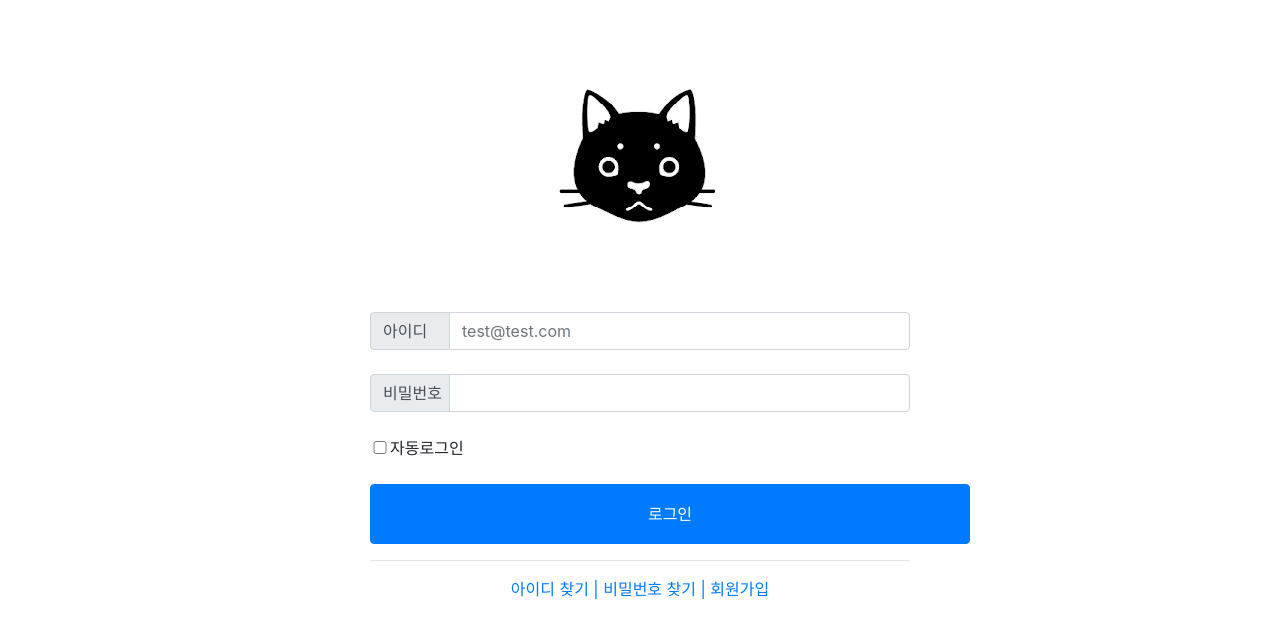
Repository: 0deepsleep/SpringMVCStudy
Page: http://localhost/TestProject/Login.jsp
An editor plug-in stored every save of this project. The page is shown before and after the next save, followed by the edit.
The browser window is 1280 px wide. The pictures show the whole page.
The page is served by Tomcat 9.

Above is the page before, as saved 2019-06-14 09:47:08.

After the next save:
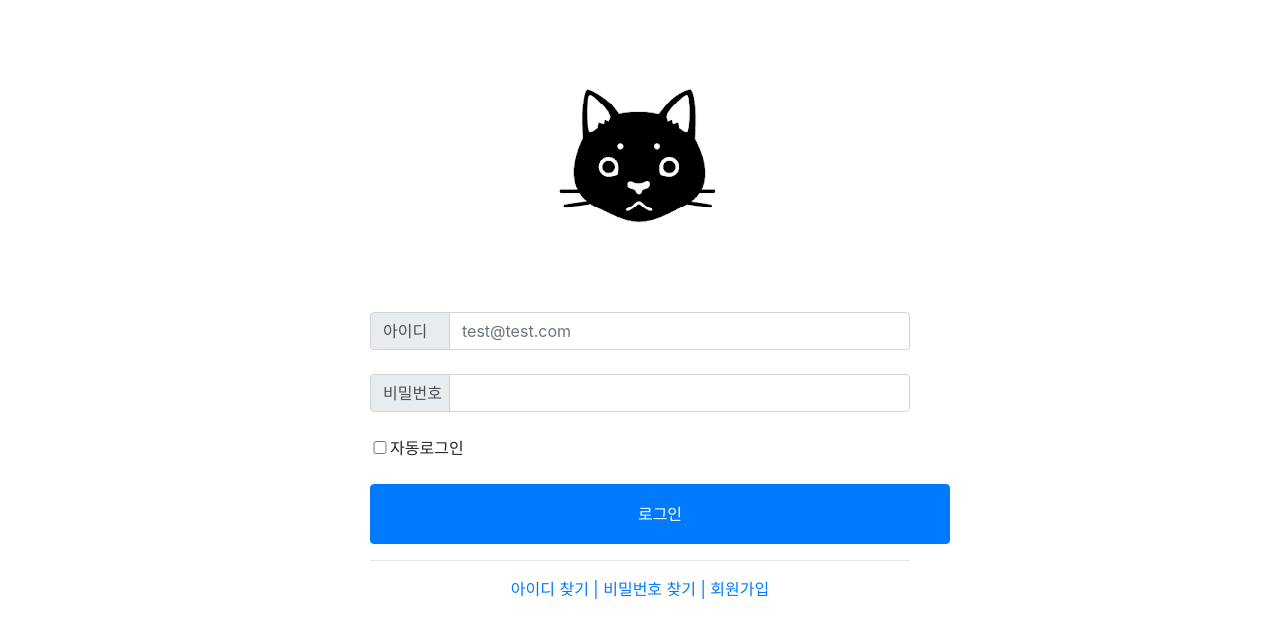
Saved 10 s later.
--- a/TestProject/WebContent/Login.jsp
+++ b/TestProject/WebContent/Login.jsp
@@ -18,7 +18,7 @@
 
 	.btn
 	{
-		width: 600px;
+		width: 580px;
 		height: 60px
 	}
 
